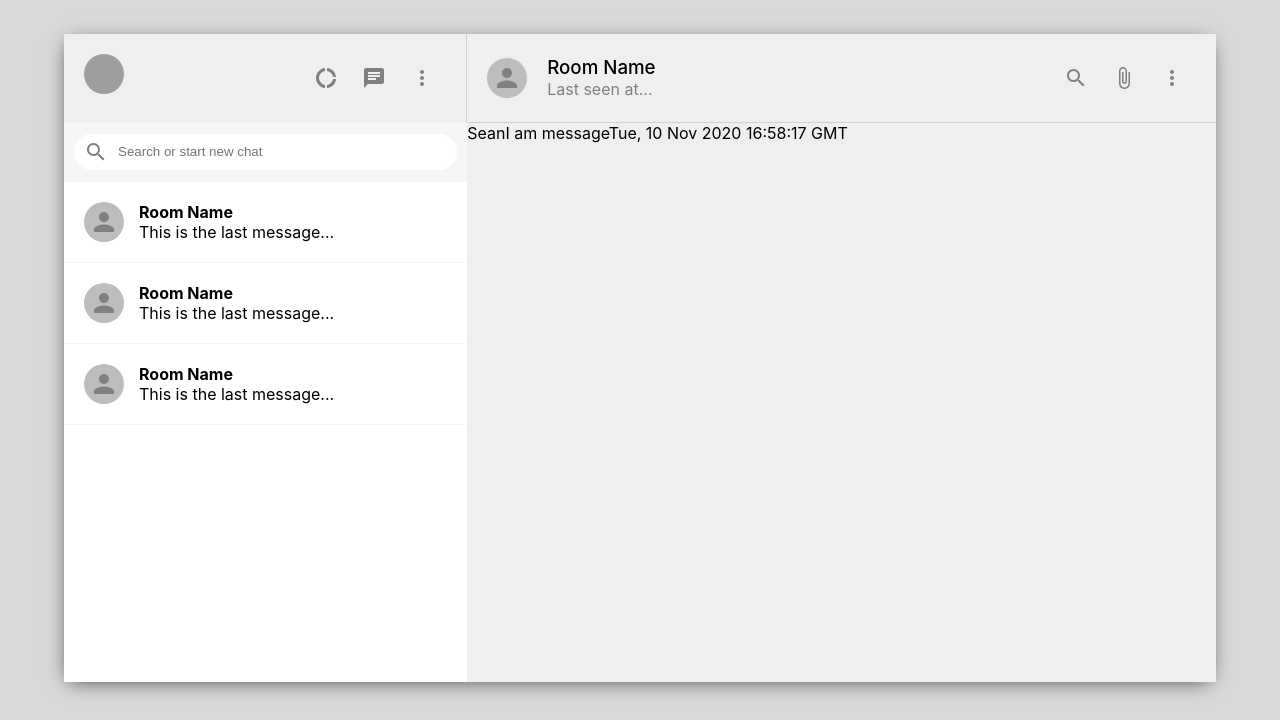
Repository: BogoGit/clone-whatsapp
Page: / (app in whatsapp-front/)
The author's editor kept a copy of each file at every save. The page is drawn from the files as they stood at one save, then again after the next save.
The browser window is 1280 px wide. The pictures show the whole page.
Pictures or frames that could not be fetched are drawn as grey boxes. The project was rebuilt for these pictures with package versions that can differ from the ones it lists, and the page was loaded fresh each time.

Above is the page before, as saved 2020-11-18 21:26:33.

### whatsapp-front/src/index.js
import React from 'react'
import ReactDOM from 'react-dom'
import './index.css'
import App from './Components/App'

ReactDOM.render(
	<React.StrictMode>
		<App />
	</React.StrictMode>,
	document.getElementById('root')
)

### whatsapp-front/src/index.css
*,
*::before,
*::after {
	margin: 0;
	padding: 0;
	box-sizing: border-box;
}

html {
	font-size: 62.5%;
}

body {
	margin: 0;
	font-family: -apple-system, BlinkMacSystemFont, 'Segoe UI', 'Roboto', 'Oxygen',
		'Ubuntu', 'Cantarell', 'Fira Sans', 'Droid Sans', 'Helvetica Neue',
		sans-serif;
	font-size: 1.6rem;
	-webkit-font-smoothing: antialiased;
	-moz-osx-font-smoothing: grayscale;
}

code {
	font-family: source-code-pro, Menlo, Monaco, Consolas, 'Courier New',
		monospace;
}

### whatsapp-front/src/Components/App.js
import React from 'react'
import './App.css'
import Sidebar from './Sidebar'
import Chat from './Chat'

function App() {
	return (
		<div className='app'>
			<div className='app__body'>
				<Sidebar />
				<Chat />
			</div>
		</div>
	)
}

export default App

### whatsapp-front/src/Components/App.css
.app {
	display: grid;
	place-items: center;
	height: 100vh;
	background-color: #dad9d9;
}

.app__body {
	display: flex;
	background-color: #efefef;
	margin-top: -5px;
	height: 90vh;
	width: 90vw;
	box-shadow: -1px 4px 2rem -6px rgba(0, 0, 0, 0.75);
}

### whatsapp-front/src/Components/Sidebar.js
import React from 'react'
import './Sidebar.css'
import DonutLargeIcon from '@material-ui/icons/DonutLarge'
import ChatIcon from '@material-ui/icons/Chat'
import MoreVertIcon from '@material-ui/icons/MoreVert'
import { Avatar, IconButton } from '@material-ui/core'
import { SearchOutlined } from '@material-ui/icons'
import SidebarChat from './SidebarChat'

const Sidebar = () => {
	return (
		<div class='sidebar'>
			<div className='sidebar__header'>
				<Avatar src='https://media-exp1.licdn.com/dms/image/C4E03AQGGqZWpjHYUUg/profile-displayphoto-shrink_400_400/0?e=1611187200&v=beta&t=y6jr13vae_pl2v3V5tMdfqomm_dYtnKT4jKiYVt33hw' />
				<div className='sidebar__headerRight'>
					<IconButton>
						<DonutLargeIcon />
					</IconButton>
					<IconButton>
						<ChatIcon />
					</IconButton>
					<IconButton>
						<MoreVertIcon />
					</IconButton>
				</div>
			</div>

			<div className='sidebar__search'>
				<div className='sidebar__searchContainer'>
					<SearchOutlined />
					<input placeholder='Search or start new chat' type='text' />
				</div>
			</div>

			<div className='sidebar__chats'>
				<SidebarChat />
				<SidebarChat />
				<SidebarChat />
			</div>
		</div>
	)
}

export default Sidebar

### whatsapp-front/src/Components/Chat.js
import React from 'react'
import './Chat.css'
import { Avatar, IconButton } from '@material-ui/core'
import { AttachFile, MoreVert, SearchOutlined } from '@material-ui/icons'

const Chat = () => {
	return (
		<div class='chat'>
			<div className='chat__header'>
				<Avatar />
				<div className='chat__headerInfo'>
					<h3>Room Name</h3>
					<p>Last seen at...</p>
				</div>
				<div className='chat__headerRight'>
					<IconButton>
						<SearchOutlined />
					</IconButton>
					<IconButton>
						<AttachFile />
					</IconButton>
					<IconButton>
						<MoreVert />
					</IconButton>
				</div>
			</div>
			<div className='chat__body'>
				<p>
					<span class='chat__name'>Sean</span>I am message
					<span class='chat__timestamp'>{new Date().toUTCString()}</span>
				</p>
			</div>
		</div>
	)
}

export default Chat

### whatsapp-front/src/Components/Sidebar.css
.sidebar {
	display: flex;
	flex-direction: column;
	flex: 0.35;
}

.sidebar__header {
	display: flex;
	justify-content: space-between;
	padding: 2rem;
	border-right: solid 1px lightgray;
}

.sidebar__headerRight {
	display: flex;
	align-items: center;
	justify-content: space-between;
	min-width: 10vw;
}

.MuiSvgIcon-root {
	font-size: 2.4rem !important;
	color: gray;
}

.sidebar__search {
	display: flex;
	align-items: center;
	background-color: #f6f6f6;
	height: 4rem;
	padding: 3rem 1rem;
}

.sidebar__searchContainer {
	display: flex;
	align-items: center;
	background-color: #fff;
	width: 100%;
	height: 3.6rem;
	border-radius: 2rem;
	padding: 1rem;
}

.sidebar__searchContainer > input {
	border: none;
	outline: none;
	margin-left: 1rem;
	width: 100%;
}

.sidebar__chats {
	flex: 1;
	background-color: #fff;
	overflow: scroll;
}

### whatsapp-front/src/Components/SidebarChat.js
import React from 'react'
import './SidebarChat.css'
import { Avatar } from '@material-ui/core'

const SidebarChat = () => {
	return (
		<div class='sidebarChat'>
			<Avatar />
			<div className='sidebarChat__info'>
				<h2>Room Name</h2>
				<p>This is the last message...</p>
			</div>
		</div>
	)
}

export default SidebarChat

### whatsapp-front/src/Components/Chat.css
.chat {
	display: flex;
	flex-direction: column;
	flex: 0.65;
}

.chat__header {
	display: flex;
	align-items: center;
	border-bottom: 1px solid lightgray;
	padding: 2rem;
}

.chat__headerInfo {
	flex: 1;
	padding-left: 2rem;
}

.chat__headerInfo > h3 {
	font-weight: 500;
}

.chat__headerInfo > p {
	color: gray;
}

.chat__body {
	flex: 1;
}

### whatsapp-front/src/Components/SidebarChat.css
.sidebarChat {
	display: flex;
	padding: 2rem;
	cursor: pointer;
	border-bottom: 1px solid #f6f6f6;
}

.sidebarChat:hover {
	background-color: #efefef;
}

.sidebarChat__info {
	margin-left: 1.5rem;
}

.sidebarChat__info > h2 {
	font-size: 1.6rem;
}

Loaded but not shown: whatsapp-front/public/index.html (common file)

After the next save:
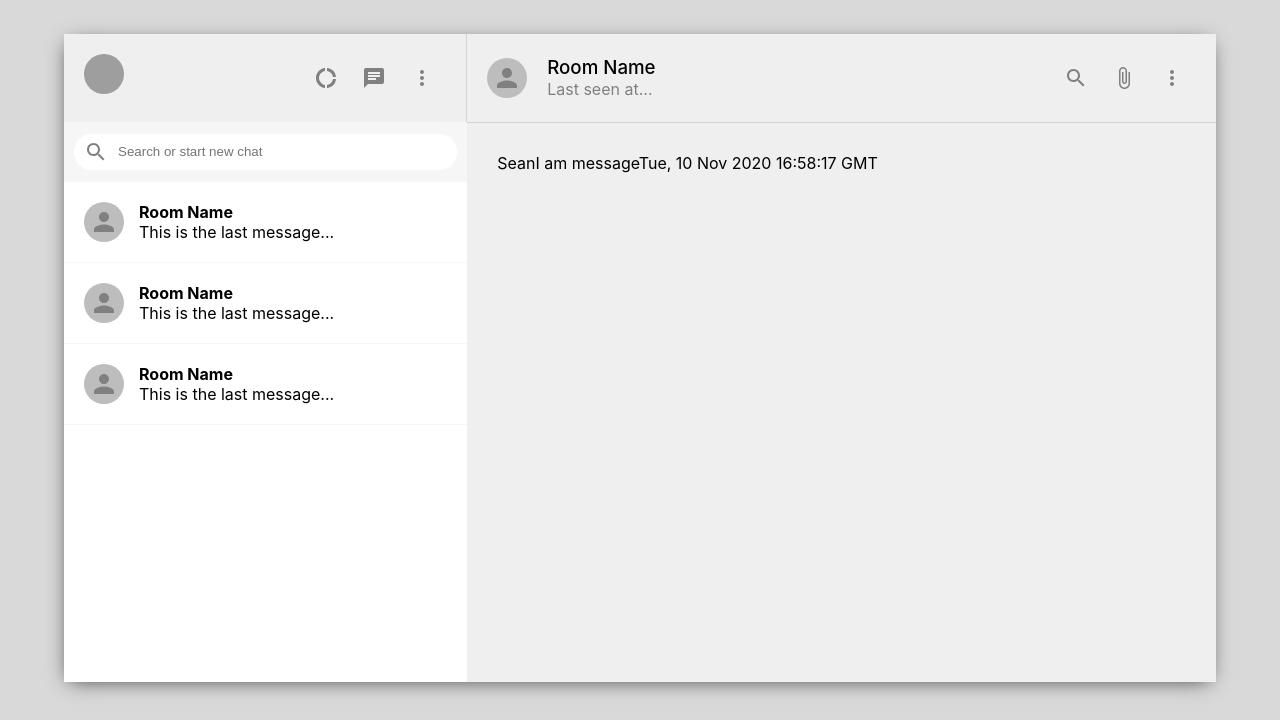
Saved 44 s later.
--- a/whatsapp-front/src/Components/Chat.css
+++ b/whatsapp-front/src/Components/Chat.css
@@ -26,4 +26,9 @@
 
 .chat__body {
 	flex: 1;
+	background-image: url();
+	background-repeat: no-repeat;
+	background-position: center;
+	padding: 3rem;
+	overflow: scroll;
 }
